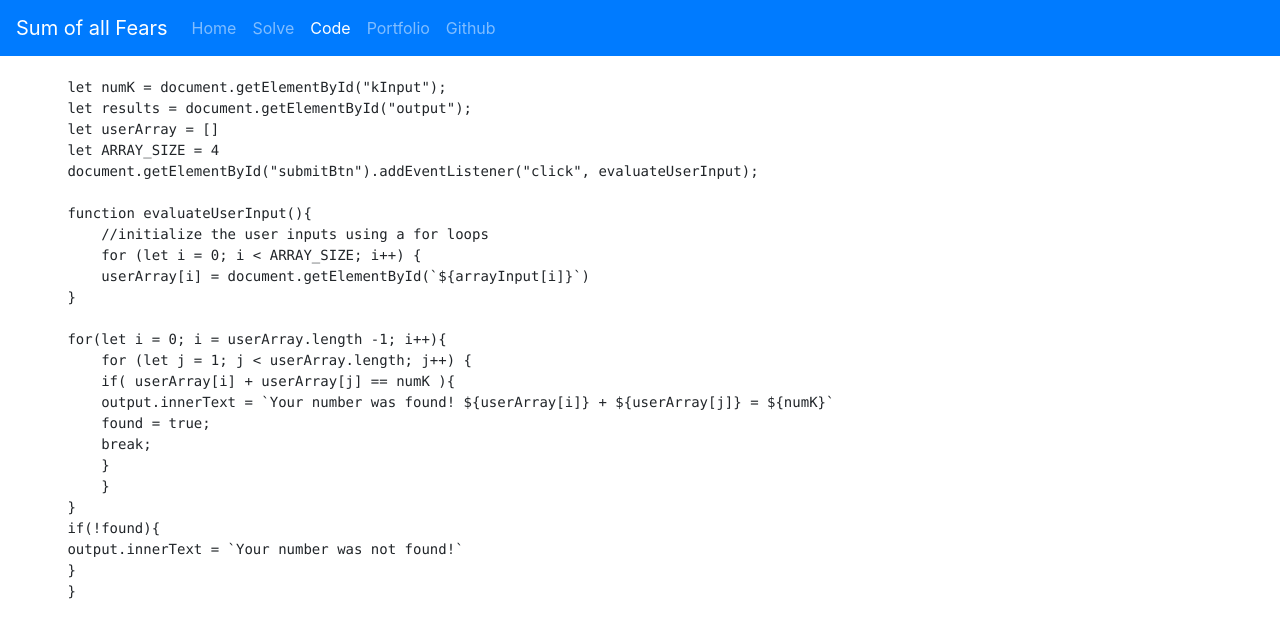
Repository: zhadjah9559/BrainBufferOverflow
Page: code.html
An editor plug-in stored every save of this project. The page is shown before and after the next save, followed by the edit.
The browser window is 1280 px wide. The pictures show the whole page.

Above is the page before, as saved 2021-01-18 00:53:56.

After the next save:
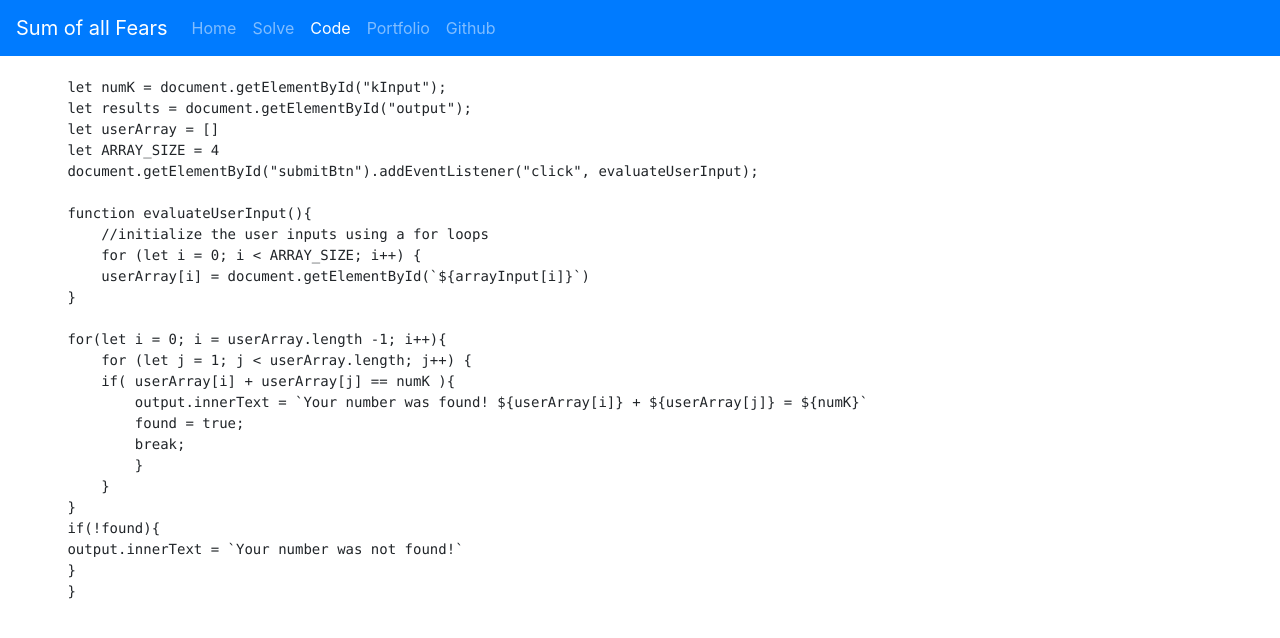
Saved 4 s later.
--- a/code.html
+++ b/code.html
@@ -54,10 +54,10 @@
         for(let i = 0; i = userArray.length -1; i++){
             for (let j = 1; j < userArray.length; j++) {
             if( userArray[i] + userArray[j] == numK ){
-            output.innerText = `Your number was found! ${userArray[i]} + ${userArray[j]} = ${numK}`
-            found = true;
-            break;
-            }
+                output.innerText = `Your number was found! ${userArray[i]} + ${userArray[j]} = ${numK}`
+                found = true;
+                break;
+                }
             }
         }
         if(!found){
